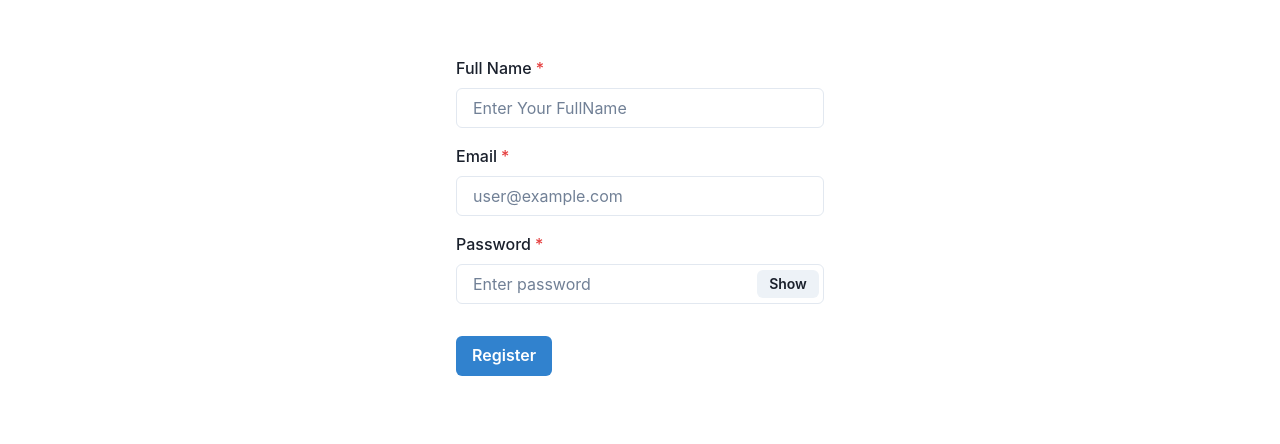
Repository: Abhi2359/chakra_form_validation
Page: / (app in reg_form/)
These files come from the project's save history. The page is drawn as it stood at one moment and after the next save; the edit follows.
The browser window is 1280 px wide. The pictures show the whole page.
The project was rebuilt for these pictures with package versions that can differ from the ones it lists, and the page was loaded fresh each time. Also part of the build but not shown: reg_form/vite.config.js.

Above is the page before, as saved 2023-08-11 16:45:29.

After the next save:
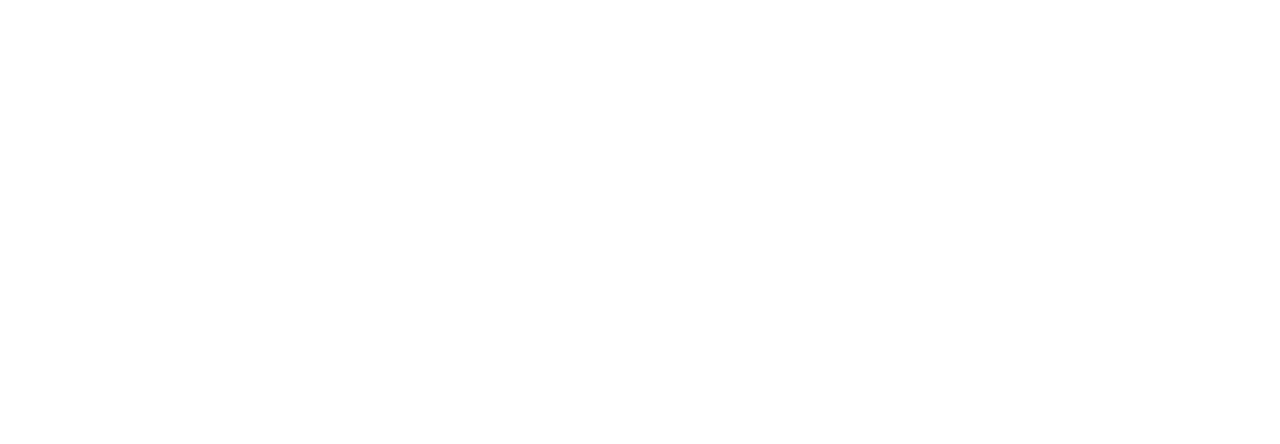
Console error (its wording comes from the project's code and is left out).
Saved 74 s later.
--- a/reg_form/src/RegisterationForm.jsx
+++ b/reg_form/src/RegisterationForm.jsx
@@ -90,7 +90,7 @@
         </Button>
       </InputRightElement>
     </InputGroup>
-    {passwordStrength && (
+    { (
           <Text
             mt={2}
             fontSize="sm"

After the 3 saves that followed:
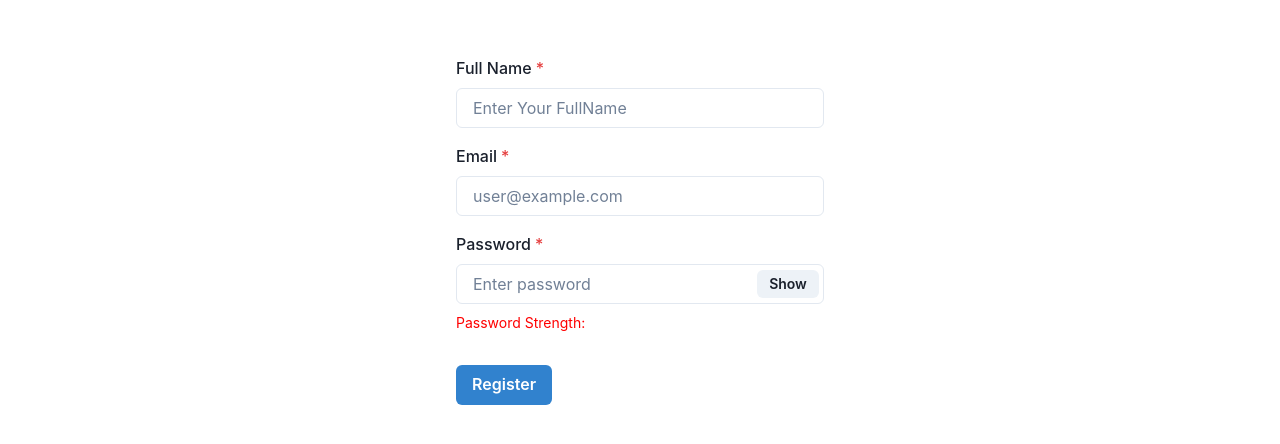
The error is gone.
The 3 saves are shown as one change because 1 left the picture as it was and some came seconds apart.
The last was saved 42 s later.
--- a/reg_form/src/RegisterationForm.jsx
+++ b/reg_form/src/RegisterationForm.jsx
@@ -1,4 +1,4 @@
-import { FormControl, FormLabel, Input, Box, InputRightElement, InputGroup, Button } from "@chakra-ui/react";
+import { FormControl, FormLabel, Input, Box, InputRightElement, InputGroup, Button, Text } from "@chakra-ui/react";
 import React, { useState } from "react";
 
 function RegisterationForm() {
@@ -90,7 +90,7 @@
         </Button>
       </InputRightElement>
     </InputGroup>
-    { (
+
           <Text
             mt={2}
             fontSize="sm"
@@ -104,7 +104,7 @@
           >
             Password Strength: {passwordStrength}
           </Text>
-        )}
+
       </FormControl>
       <Button
            colorScheme="blue"
